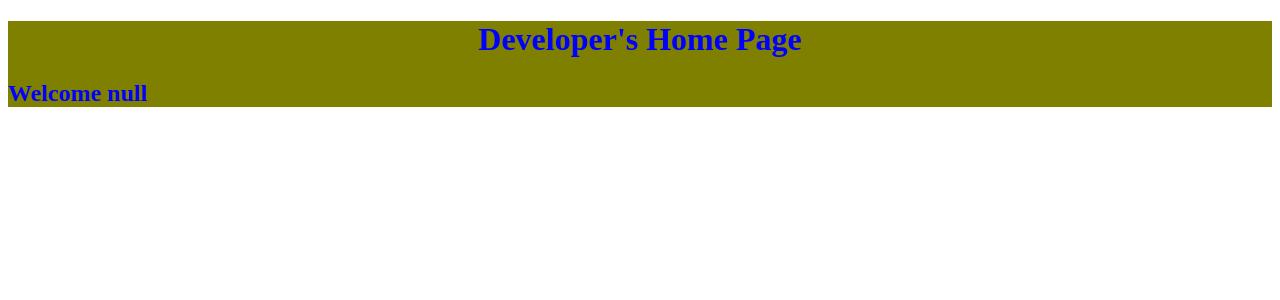
Repository: sayaka-tamura/JavaDeveloper
Page: http://localhost/Week10_Day5_Excersise1_BeansInJSP/developerHeading.jsp
An editor plug-in stored every save of this project. The page is shown before and after the next save, followed by the edit.
The browser window is 1280 px wide. The pictures show the whole page.
The page is served by Tomcat 9. Other server files are loaded and not shown.

Above is the page before, as saved 2018-05-25 17:48:09.

### Week10/classExcercise/Week10_Day5_Excersise1_BeansInJSP/WebContent/developerHeading.jsp
<%@ page language="java" contentType="text/html; charset=ISO-8859-1"
    pageEncoding="ISO-8859-1"%>
<!DOCTYPE html PUBLIC "-//W3C//DTD HTML 4.01 Transitional//EN" "http://www.w3.org/TR/html4/loose.dtd">
<html>
	<head>
		<meta http-equiv="Content-Type" content="text/html; charset=ISO-8859-1">
		<title>Insert title here</title>
	</head>
	<body>
		<div style="background-color: olive; color: blue;">
			<h1 style="text-align:center;">Developer's Home Page</h1>
			<h2>Welcome <%=request.getParameter("name") %></h2>
		</div>
	</body>
</html>

After the next save:
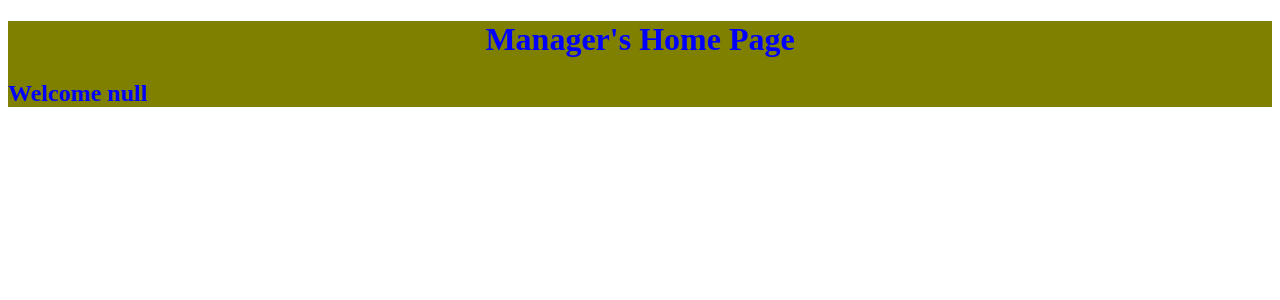
Saved 9 min 43 s later.
--- a/Week10/classExcercise/Week10_Day5_Excersise1_BeansInJSP/WebContent/developerHeading.jsp
+++ b/Week10/classExcercise/Week10_Day5_Excersise1_BeansInJSP/WebContent/developerHeading.jsp
@@ -7,8 +7,8 @@
 		<title>Insert title here</title>
 	</head>
 	<body>
-		<div style="background-color: olive; color: blue;">
-			<h1 style="text-align:center;">Developer's Home Page</h1>
+		<div style="background-color: olive; color:blue;">
+			<h1 style="text-align:center;">Manager's Home Page</h1>
 			<h2>Welcome <%=request.getParameter("name") %></h2>
 		</div>
 	</body>

After the save that followed:
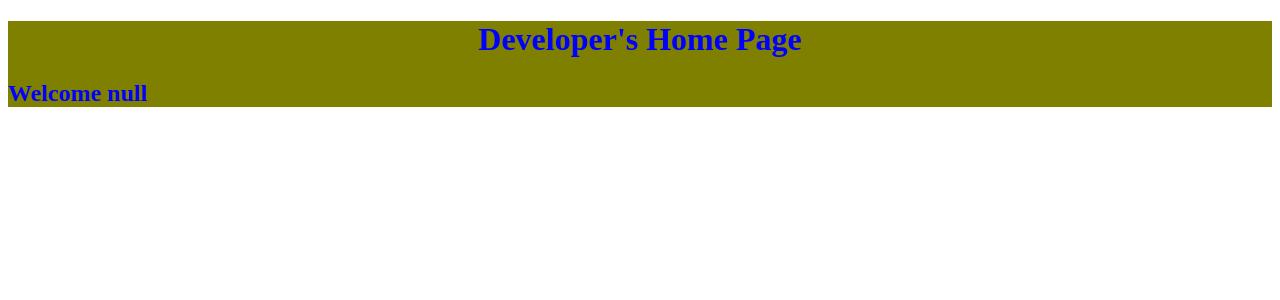
Saved 11 s later.
--- a/Week10/classExcercise/Week10_Day5_Excersise1_BeansInJSP/WebContent/developerHeading.jsp
+++ b/Week10/classExcercise/Week10_Day5_Excersise1_BeansInJSP/WebContent/developerHeading.jsp
@@ -8,7 +8,7 @@
 	</head>
 	<body>
 		<div style="background-color: olive; color:blue;">
-			<h1 style="text-align:center;">Manager's Home Page</h1>
+			<h1 style="text-align:center;">Developer's Home Page</h1>
 			<h2>Welcome <%=request.getParameter("name") %></h2>
 		</div>
 	</body>
